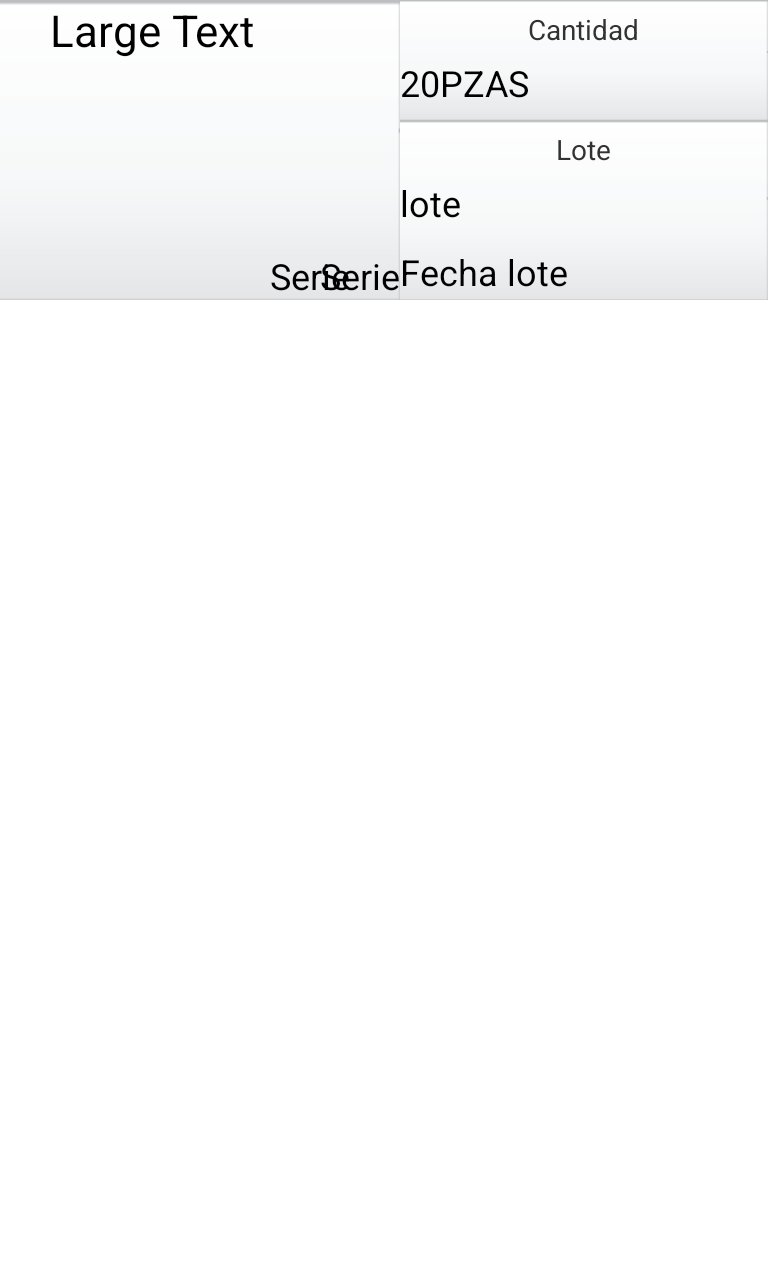
Repository: moynard/PeanutAndroid
Layout: WHSStorekeeper/res/layout/detail_arrivados.xml
An editor plug-in stored every save of this project. The layout is shown before and after the next save, followed by the edit.
It is drawn on a 768 x 1280 px phone screen (xhdpi) without system bars, with theme AppTheme; the app's code is not run.

Above is the layout before, as saved 2013-07-25 00:22:28.

### WHSStorekeeper/res/layout/detail_arrivados.xml
<?xml version="1.0" encoding="utf-8"?>
<RelativeLayout xmlns:android="http://schemas.android.com/apk/res/android"
    android:layout_width="match_parent"
    android:layout_height="match_parent"
    android:orientation="vertical" >

    <RelativeLayout
       android:id="@+id/layoutProducto"
        android:layout_width="200dp"
        android:layout_height="150dp"
        android:layout_alignParentLeft="true"
        android:layout_alignParentTop="true"
        android:background="@drawable/bgproducto"
         >

        <TextView
            android:id="@+id/txtProducto"
            android:layout_width="150dp"
            android:layout_height="wrap_content"
            android:layout_below="@+id/lblProducto"
            android:layout_centerHorizontal="true"
            android:layout_marginTop=""
            android:lines="4"

            android:text="Large Text"
            android:textAppearance="?android:attr/textAppearanceLarge" />

                <TextView
                    android:id="@+id/txtSerie"
                    android:layout_width="wrap_content"
                    android:layout_height="wrap_content"
                    android:layout_alignParentBottom="true"
                    android:layout_alignParentRight="true"
                    android:text="Serie"
                    android:textAppearance="?android:attr/textAppearanceMedium" />

                <TextView
                    android:id="@+id/lblserie"
                    android:layout_width="wrap_content"
                    android:layout_height="wrap_content"
                    android:layout_alignParentBottom="true"
                    android:layout_alignRight="@+id/txtProducto"
                    android:text="Serie"
                    android:textAppearance="?android:attr/textAppearanceMedium" />

    </RelativeLayout>
    <RelativeLayout
        android:id="@+id/layoutCantidad"
        android:layout_toRightOf="@+id/layoutProducto"
        android:layout_width="fill_parent"
        android:layout_height="60dp"

        android:background="@drawable/bgproducto"
         >
         <TextView
                android:id="@+id/lblCantidad"
                android:layout_width="wrap_content"
                android:layout_height="wrap_content"
                android:layout_alignParentTop="true"
                android:layout_centerHorizontal="true"
                android:layout_marginTop="5dp"
                android:text="Cantidad"
                android:textAppearance="?android:attr/textAppearanceSmall" />
            <TextView
                android:id="@+id/txtCantidad"
                android:layout_width="wrap_content"
                android:layout_height="wrap_content"
                android:layout_below="@+id/lblCantidad"
                android:layout_marginTop="5dp"
                android:text="20"
                android:textAppearance="?android:attr/textAppearanceMedium" />
            <TextView
                android:id="@+id/txtUnidad"
                android:layout_width="wrap_content"
                android:layout_height="wrap_content"
                android:layout_below="@+id/lblCantidad"
                android:layout_toRightOf="@+id/txtCantidad"
                android:layout_marginTop="5dp"
                android:text="PZAS"
                android:textAppearance="?android:attr/textAppearanceMedium" />


    </RelativeLayout>
    <RelativeLayout
        android:id="@+id/layoutLote"
        android:layout_toRightOf="@+id/layoutProducto"
        android:layout_below="@+id/layoutCantidad"
        android:layout_width="fill_parent"
        android:layout_height="90dp"
        android:background="@drawable/bgproducto"
         >
            <TextView
                android:id="@+id/lbLote"
                android:layout_width="wrap_content"
                android:layout_height="wrap_content"
                android:layout_alignParentTop="true"
                android:layout_centerHorizontal="true"
                android:layout_marginTop="5dp"
                android:text="Lote"
                android:textAppearance="?android:attr/textAppearanceSmall" />
            <TextView
                android:id="@+id/txtlote"
                android:layout_width="wrap_content"
                android:layout_height="wrap_content"
                android:layout_below="@+id/lbLote"
                android:layout_marginTop="5dp"

                android:text="lote"
                android:textAppearance="?android:attr/textAppearanceMedium" />
             <TextView
                android:id="@+id/txtFecalote"
                android:layout_width="wrap_content"
                android:layout_height="wrap_content"
                android:layout_below="@+id/txtlote"
                android:layout_marginTop="10dp"
                android:text="Fecha lote"
                android:textAppearance="?android:attr/textAppearanceMedium" />

    </RelativeLayout>

</RelativeLayout>

Loaded but not shown: WHSStorekeeper/res/values/styles.xml (common file); WHSStorekeeper/res/values-v11/styles.xml (common file); WHSStorekeeper/res/values-v14/styles.xml (common file)

After the next save:
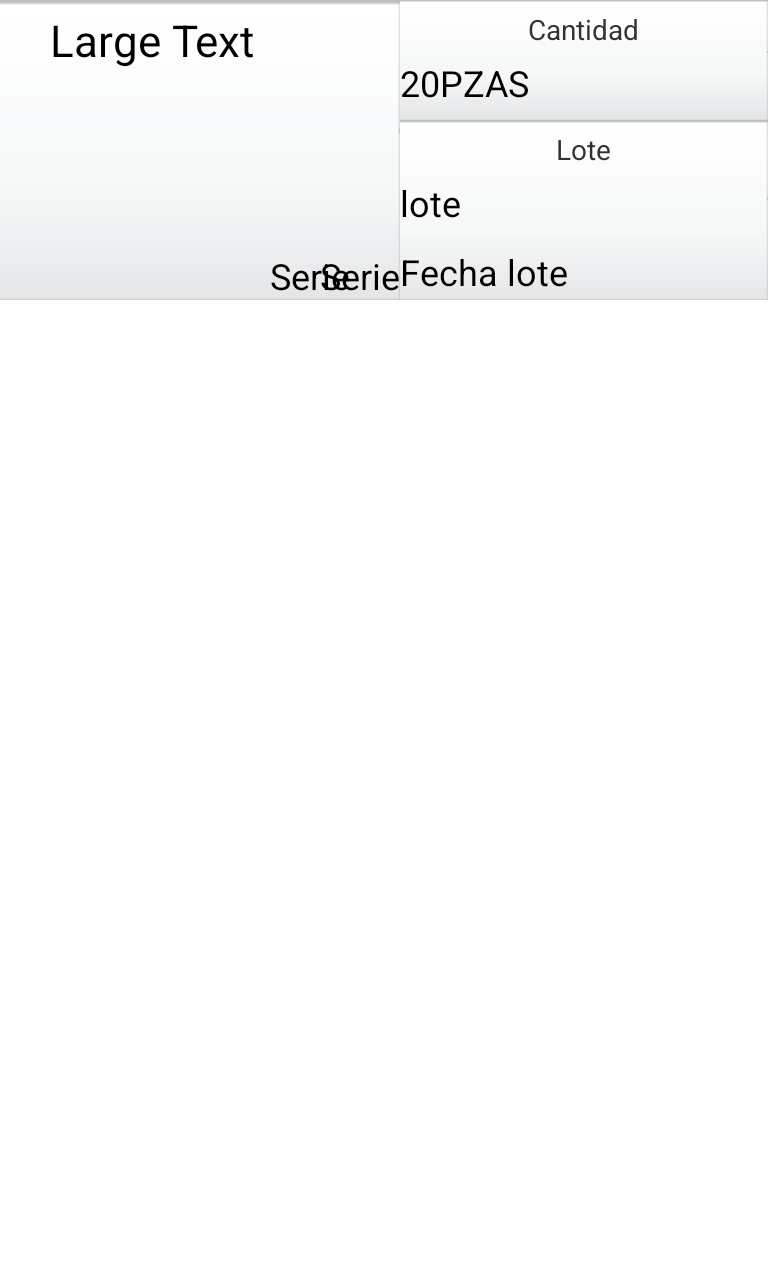
Saved 41 s later.
--- a/WHSStorekeeper/res/layout/detail_arrivados.xml
+++ b/WHSStorekeeper/res/layout/detail_arrivados.xml
@@ -19,7 +19,7 @@
             android:layout_height="wrap_content"
             android:layout_below="@+id/lblProducto"
             android:layout_centerHorizontal="true"
-            android:layout_marginTop=""
+            android:layout_marginTop="5dp"
             android:lines="4"
 
             android:text="Large Text"
